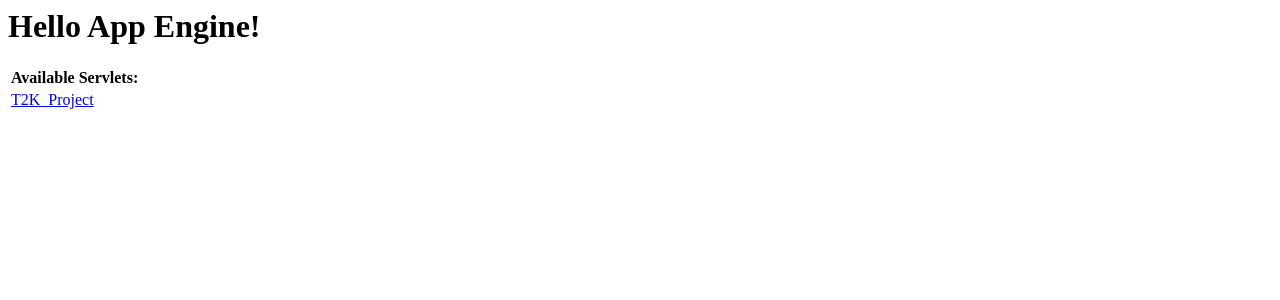
Repository: lihim/t2kProject
Page: T2KProject/T2K Project/war/index.html
The author's editor kept a copy of each file at every save. The page is drawn from the files as they stood at one save, then again after the next save.
The browser window is 1280 px wide. The pictures show the whole page.

Above is the page before, as saved 2014-12-10 14:23:10.

### T2KProject/T2K Project/war/index.html
<!DOCTYPE HTML PUBLIC "-//W3C//DTD HTML 4.01 Transitional//EN">
<!-- The HTML 4.01 Transitional DOCTYPE declaration-->
<!-- above set at the top of the file will set     -->
<!-- the browser's rendering engine into           -->
<!-- "Quirks Mode". Replacing this declaration     -->
<!-- with a "Standards Mode" doctype is supported, -->
<!-- but may lead to some differences in layout.   -->

<html>
  <head>
    <meta http-equiv="content-type" content="text/html; charset=UTF-8">
    <title>Hello Lihi</title>
  </head>

  <body>
    <h1>Hello App Engine!</h1>

    <table>
      <tr>
        <td colspan="2" style="font-weight:bold;">Available Servlets:</td>
      </tr>
      <tr>
        <td><a href="t2k_project">T2K_Project</a></td>
      </tr>
    </table>
  </body>
</html>

After the next save:
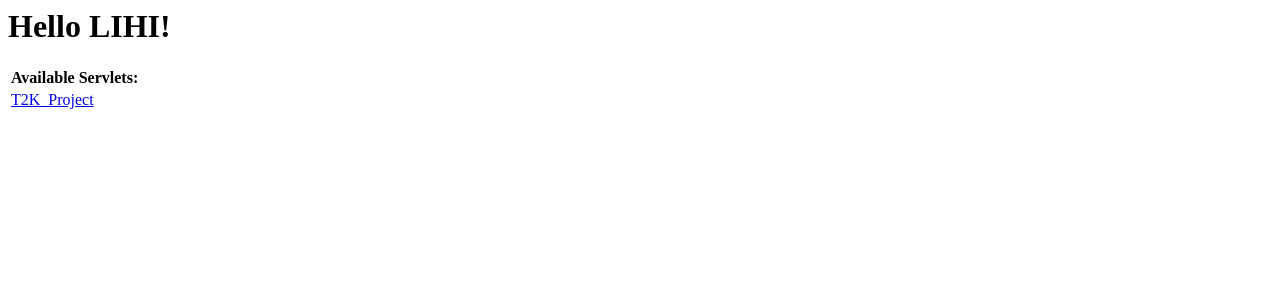
Saved 2 min 25 s later.
--- a/T2KProject/T2K Project/war/index.html
+++ b/T2KProject/T2K Project/war/index.html
@@ -13,7 +13,7 @@
   </head>
 
   <body>
-    <h1>Hello App Engine!</h1>
+    <h1>Hello LIHI!</h1>
 
     <table>
       <tr>
